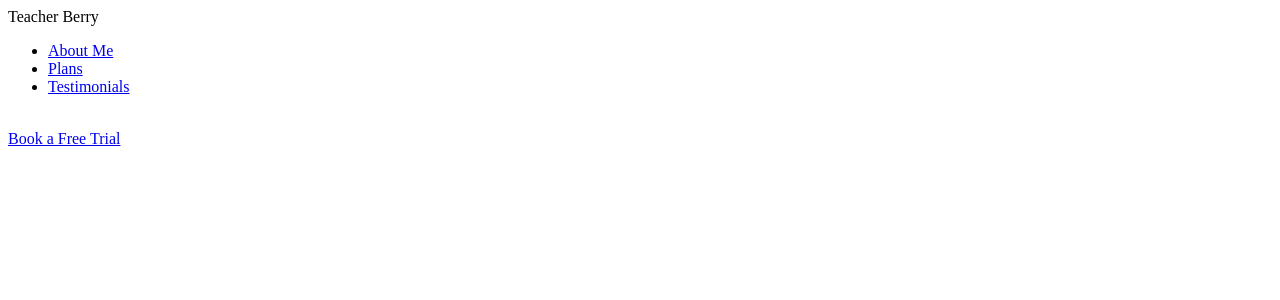
Repository: ntandomagana/esl-landing-page
Page: index.html
An editor plug-in stored every save of this project. The page is shown before and after a run of saves, followed by the edit.
The browser window is 1280 px wide. The pictures show the whole page.

Above is the page before, as saved 2024-07-16 22:43:56.
Not found: instagram-icon.png

### index.html
<!DOCTYPE html>
<html lang="en">
<head>
    <meta charset="UTF-8">
    <meta name="viewport" content="width=device-width, initial-scale=1.0">
    <title>Berry's English</title>
    <link rel="stylesheet" href="index.css">
</head>
<body>
    <!-- Header Section -->
    <header>
        <div class="header-container">
            <div class="logo">Teacher Berry</div>
            <nav>
                <ul>
                    <li><a href="#about">About Me</a></li>
                    <li><a href="#services">Plans</a></li>
                    <li><a href="#testimonials">Testimonials</a></li>

                </ul>
            </nav>
            <div class="social-links">
                <a href="#" class="social-link"><img src="instagram-icon.png" alt=""</a>
            </div>
            <a href="#contact" class="cta-button">Book a Free Trial</a>
        </div>
    </header>
    </footer>
</body>
</html>

Loaded but not shown: index.css (no stored copy; drawn as an empty file)

After the next 3 saves:
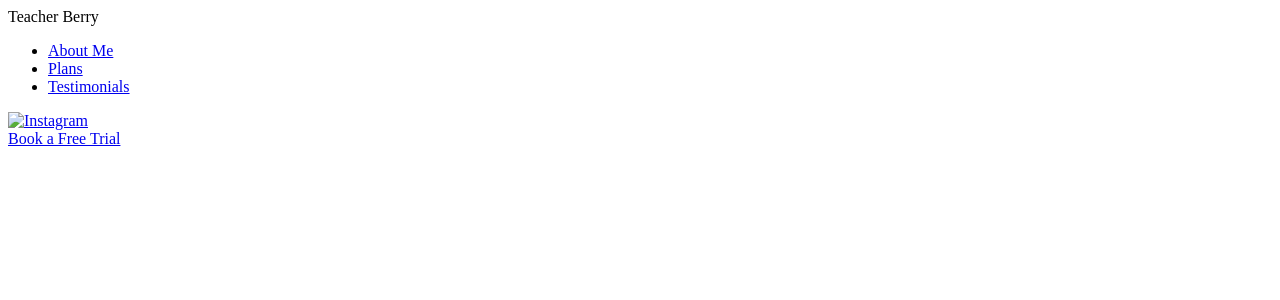
The 3 saves are shown as one change because they came seconds apart.
The last was saved 12 s later.
--- a/index.html
+++ b/index.html
@@ -20,7 +20,7 @@
                 </ul>
             </nav>
             <div class="social-links">
-                <a href="#" class="social-link"><img src="instagram-icon.png" alt=""</a>
+                <a href="#" class="social-link"><img src="instagram-icon.png" alt="Instagram"></a>
             </div>
             <a href="#contact" class="cta-button">Book a Free Trial</a>
         </div>
